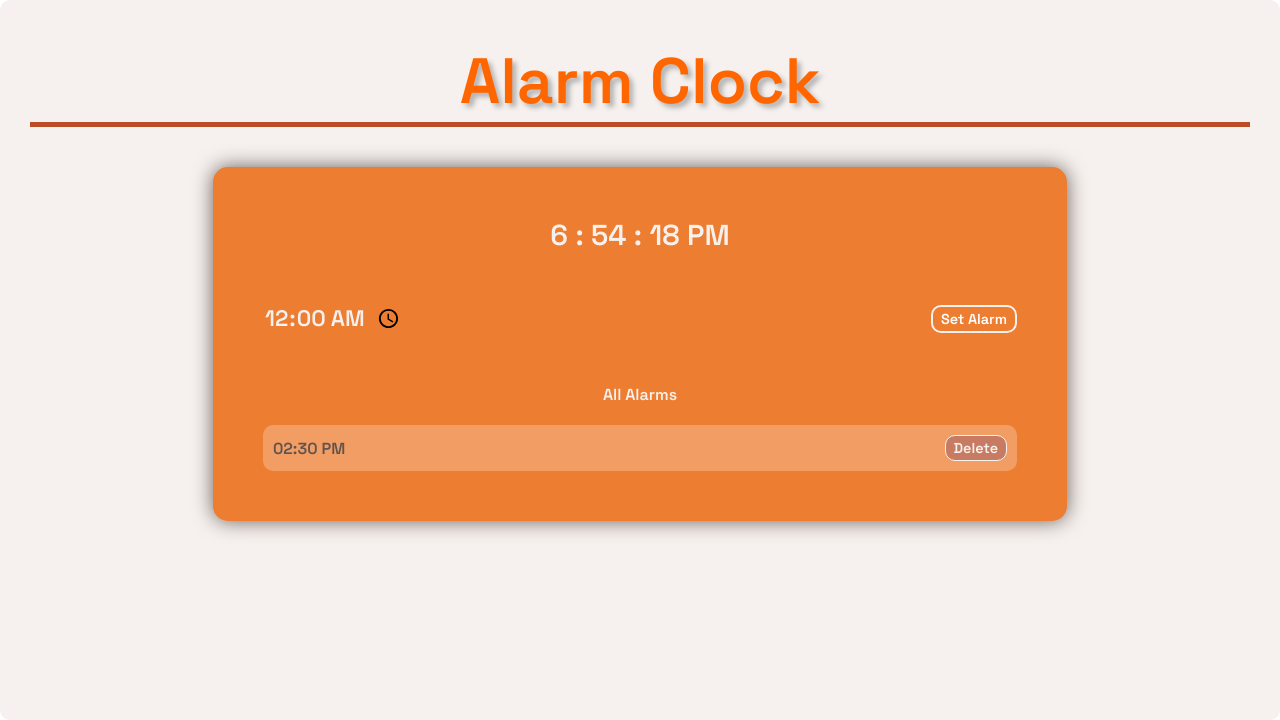
Repository: Pragya016/Alarm-Clock
Page: Index.html
The author's editor kept a copy of each file at every save. The page is drawn from the files as they stood at one save, then again after a run of saves.
The browser window is 1280 px wide. The pictures show the whole page.

Above is the page before, as saved 2024-01-19 22:30:58.

After the next 2 saves:
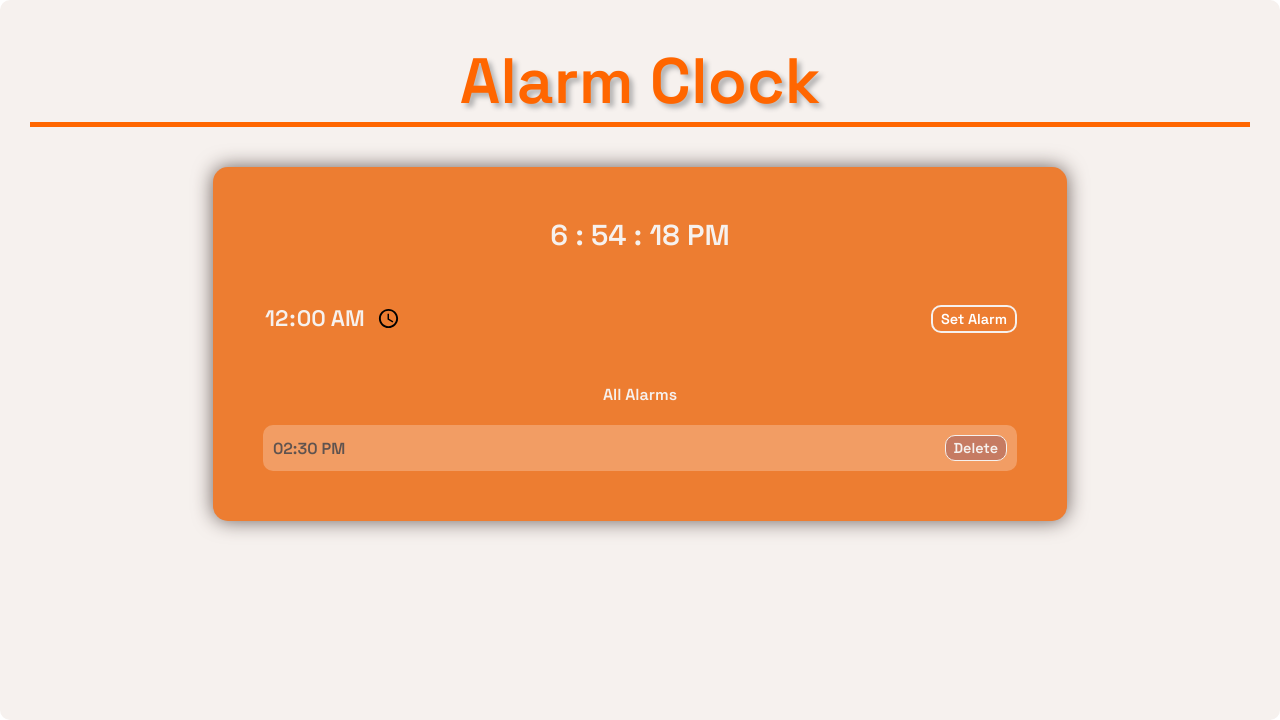
The 2 saves are shown as one change because they came seconds apart.
The last was saved 6 s later.
--- a/styles.css
+++ b/styles.css
@@ -37,7 +37,7 @@ font-family: 'Space Grotesk', sans-serif;
     text-align: center;
     margin-top: 10px;
     font: 900;
-    border-bottom: 5px solid var(--orangeShadeDarker);
+    border-bottom: 5px solid var(--orangeShadeDark);
     font-size: 4rem;
     overflow: hidden;
     text-shadow: 4px 4px 5px rgb(179, 178, 178);
